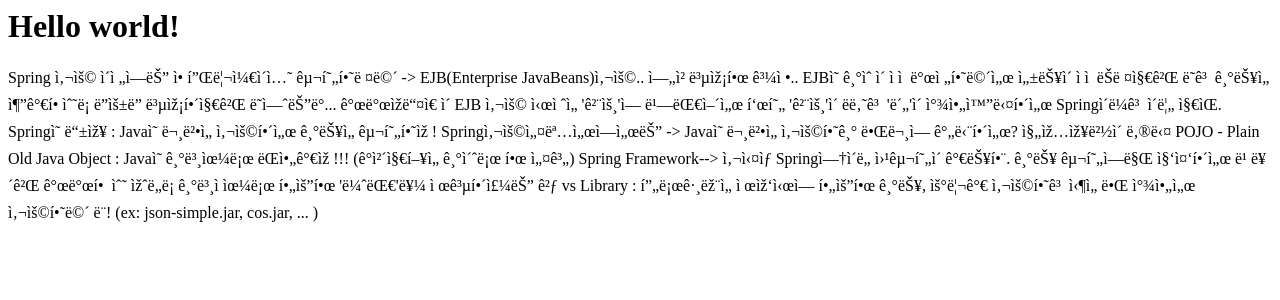
Repository: moondolph/SKKU_IT_Education
Page: http://localhost/Sep29_1_SpringMVC/
These files come from the project's save history. The page is drawn as it stood at one moment and after a run of saves; the edit follows.
The browser window is 1280 px wide. The pictures show the whole page.
The page is served by Tomcat 9. Other server files are loaded and not shown.

Above is the page before, as saved 2022-09-29 02:35:46.

### Sep29_1_SpringMVC/src/main/webapp/WEB-INF/views/home.jsp
<%@ taglib uri="http://java.sun.com/jsp/jstl/core" prefix="c" %>
<%@ page session="false" %>
<html>
<head>
	<title>Home</title>
</head>
<body>
<h1>
	Hello world!
</h1>

	Spring 사용 이전에는
	애플리케이션 구현하려면 -> EJB(Enterprise JavaBeans)사용.. 엄청 복잡한 과정..
	EJB의 기술이 점점 발전하면서 성능이 점점 느려지게 되고 기능을 추가할수록 더욱더 복잡해지게 되었는데...
	개발자들은 이 EJB 사용 시절을 '겨울'에 빗대어서 표현
	'겨울'이 끝나고 '봄'이 찾아왔다해서 Spring이라고 이름 지음.

	Spring의 등장 : Java의 문법을 사용해서 기능을 구현하자 !
	Spring사용설명서에서는 -> Java의 문법을 사용하기 때문에 간단해서? 진입장벽이 낮다
	POJO - Plain Old Java Object : Java의 기본으로 돌아가자 !!!
	(객체지향을 기초로 한 설계)

	Spring Framework-->
	사실상 Spring없이도 웹구현이 가능함.
	기능 구현에만 집중해서 빠르게 개발할 수 있도록 기본적으로 필요한 '뼈대'를 제공해주는 것

	vs Library : 프로그램을 제작시에 필요한 기능,
		우리가 사용하고 싶을 때 찾아서 사용하면 됨!
		(ex: json-simple.jar, cos.jar, ... )

</body>
</html>

After the next 2 saves:
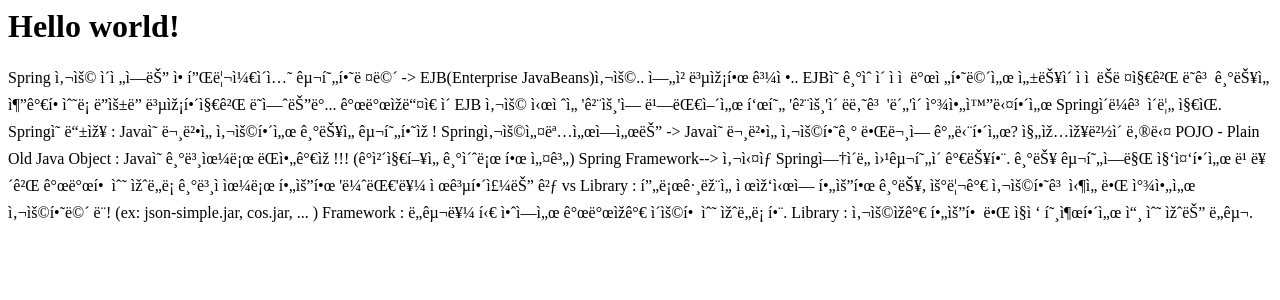
The 2 saves are shown as one change because they came seconds apart.
The last was saved 60 s later.
--- a/Sep29_1_SpringMVC/src/main/webapp/WEB-INF/views/home.jsp
+++ b/Sep29_1_SpringMVC/src/main/webapp/WEB-INF/views/home.jsp
@@ -22,11 +22,17 @@
 
 	Spring Framework-->
 	사실상 Spring없이도 웹구현이 가능함.
-	기능 구현에만 집중해서 빠르게 개발할 수 있도록 기본적으로 필요한 '뼈대'를 제공해주는 것
+	기능 구현에만 집중해서 빠르게 개발할 수 있도록
+	기본적으로 필요한 '뼈대'를 제공해주는 것
 
 	vs Library : 프로그램을 제작시에 필요한 기능,
 		우리가 사용하고 싶을 때 찾아서 사용하면 됨!
 		(ex: json-simple.jar, cos.jar, ... )
+	Framework : 도구를 틀 안에서 개발자가 이용할 수 있도록 함.
+	Library : 사용자가 필요할 때 직접 호출해서 쓸 수 있는 도구.
+
+
+
 
 </body>
 </html>
